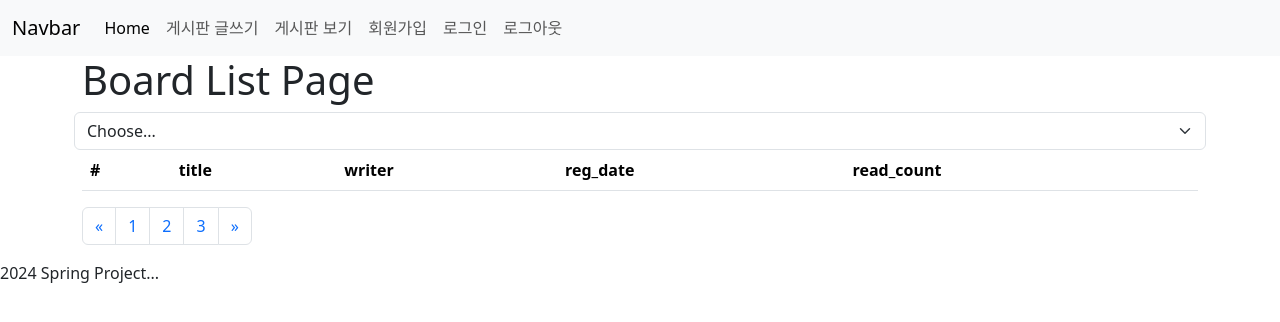
Repository: leegangjin/springTest240430
Page: http://localhost/spring_study/WEB-INF/views/board/list.jsp
The author's editor kept a copy of each file at every save. The page is drawn from the files as they stood at one save, then again after the next save.
The browser window is 1280 px wide. The pictures show the whole page.
The page is served by Tomcat 9. Nobody is signed in. The template is opened directly, without the code that normally fills it, so the values that code supplies are empty.

Above is the page before, as saved 2024-04-24 08:39:54.

After the next save:
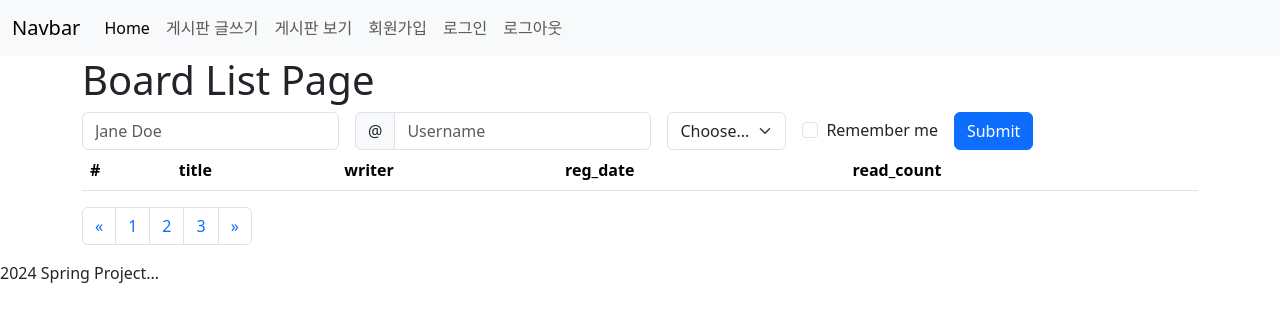
Saved 24 s later.
--- a/spring_study/src/main/webapp/WEB-INF/views/board/list.jsp
+++ b/spring_study/src/main/webapp/WEB-INF/views/board/list.jsp
@@ -6,12 +6,38 @@
 	<h1>Board List Page</h1>
 	<!-- 검색라인 -->
 	<form class="row gy-2 gx-3 align-items-center">
-		<select class="form-select" id="specificSizeSelect">
-      <option selected>Choose...</option>
-      <option value="1">One</option>
-      <option value="2">Two</option>
-      <option value="3">Three</option>
-    </select>
+		<div class="col-auto">
+			<label class="visually-hidden" for="autoSizingInput">Name</label> <input
+				type="text" class="form-control" id="autoSizingInput"
+				placeholder="Jane Doe">
+		</div>
+		<div class="col-auto">
+			<label class="visually-hidden" for="autoSizingInputGroup">Username</label>
+			<div class="input-group">
+				<div class="input-group-text">@</div>
+				<input type="text" class="form-control" id="autoSizingInputGroup"
+					placeholder="Username">
+			</div>
+		</div>
+		<div class="col-auto">
+			<label class="visually-hidden" for="autoSizingSelect">Preference</label>
+			<select class="form-select" id="autoSizingSelect">
+				<option selected>Choose...</option>
+				<option value="1">One</option>
+				<option value="2">Two</option>
+				<option value="3">Three</option>
+			</select>
+		</div>
+		<div class="col-auto">
+			<div class="form-check">
+				<input class="form-check-input" type="checkbox" id="autoSizingCheck">
+				<label class="form-check-label" for="autoSizingCheck">
+					Remember me </label>
+			</div>
+		</div>
+		<div class="col-auto">
+			<button type="submit" class="btn btn-primary">Submit</button>
+		</div>
 	</form>
 	<table class="table table-hover">
 		<thead>
